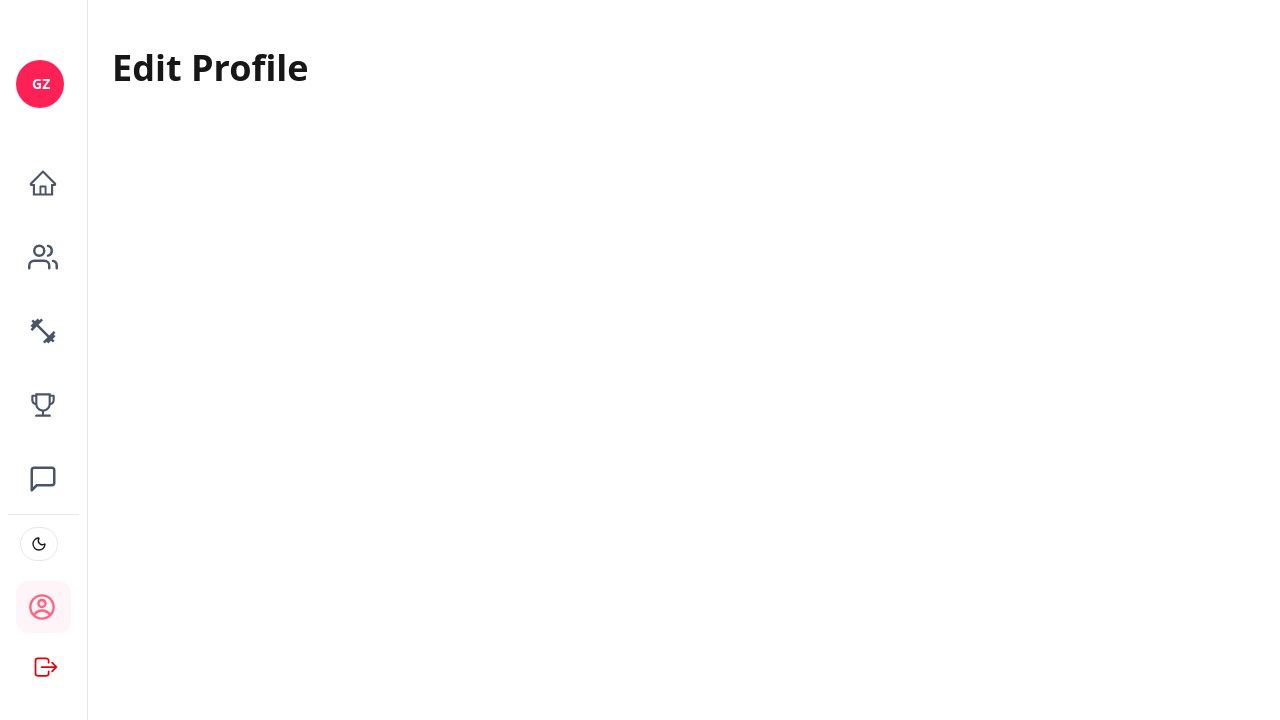
Repository: Brutalxnor/godzilla_fe
Page: /profile/edit
The author's editor kept a copy of each file at every save. The page is drawn from the files as they stood at one save, then again after the next save.
The browser window is 1280 px wide. The pictures show the whole page.
The page's requests for data from a server got no answer. The project was rebuilt for these pictures with package versions that can differ from the ones it lists, and the page was loaded fresh each time. The framework's server and built-in components were replaced by stand-ins that run in the browser. No one was signed in, and anything a server would have sent is missing. Also part of the build but not shown: next.config.ts.

Above is the page before, as saved 2025-11-13 13:21:18.

After the next save:
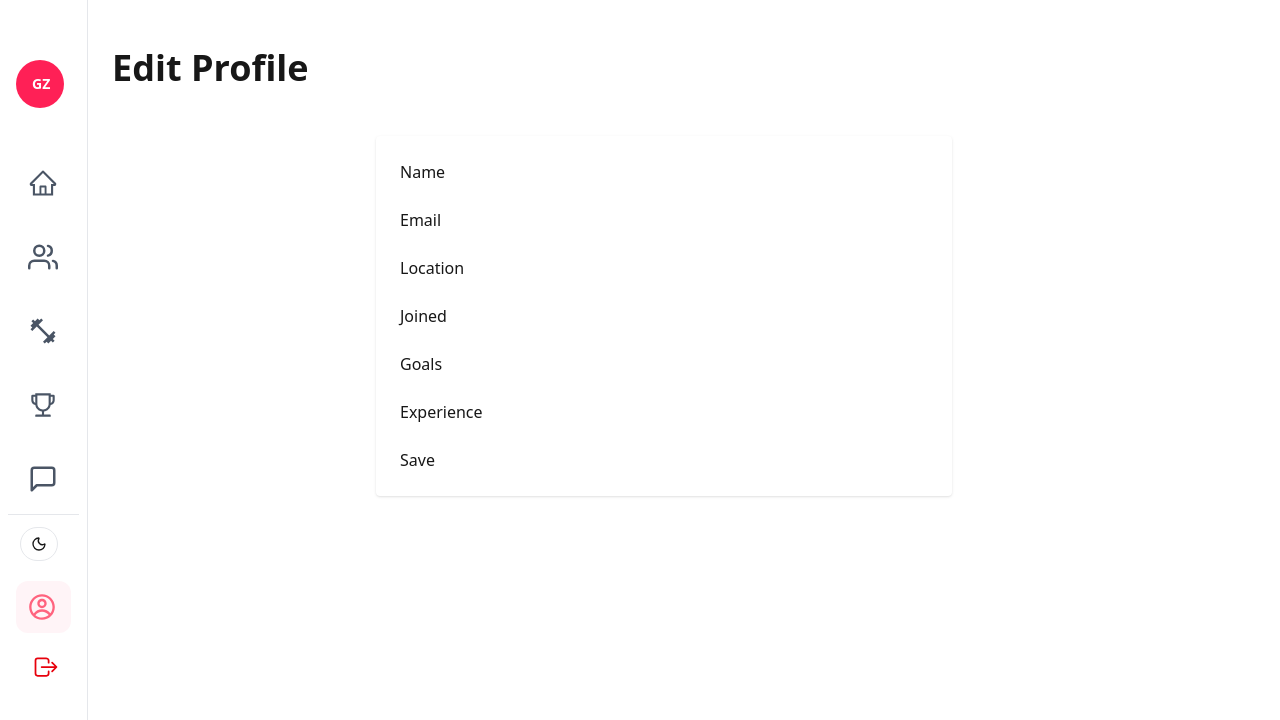
Saved 4 min 12 s later.
--- a/app/profile/edit/page.tsx
+++ b/app/profile/edit/page.tsx
@@ -4,6 +4,7 @@ import useGetUser from "@/app/Hooks/useGetUser";
 import { GetUserById } from "@/app/services/Auth.service";
 import { User } from "@/app/types/admin";
 import React, { Suspense, useEffect, useMemo, useState } from "react";
+import { useForm } from "react-hook-form";
 
 const Page = () => {
   const [user, setUser] = useState<User | null>(null);
@@ -17,16 +18,31 @@ const Page = () => {
     []
   );
 
+  // Form setup
+  const { register, handleSubmit, reset } = useForm();
+
   useEffect(() => {
     const fetchUser = async () => {
       const data = await GetUserById(userDB?.data.user_id as string);
       setUser(data);
+      if (data?.data) {
+        reset({
+          name: data.data.name,
+          email: data.data.email,
+          location: data.data.location,
+          joined: data.data.joined,
+          goals: data.data.goals,
+          experience: data.data.experience,
+        });
+      }
     };
+    fetchUser();
+  }, [userDB?.data.user_id, reset]);
 
-    fetchUser();
-  }, [userDB?.data.user_id]);
-
-  console.log(user, "jksahdkask");
+  // Form submit example (لا تغير)
+  const onSubmit = (formData) => {
+    console.log(formData);
+  };
 
   return (
     <div className="min-h-screen">
@@ -44,6 +60,51 @@ const Page = () => {
                 Edit Profile
               </h1>
             </header>
+            <form
+              onSubmit={handleSubmit(onSubmit)}
+              className="space-y-6 mt-8 p-6 shadow rounded bg-white max-w-xl mx-auto"
+            >
+              <div>
+                <label>Name</label>
+                <input type="text" {...register("name")} className="input" />
+              </div>
+              <div>
+                <label>Email</label>
+                <input type="email" {...register("email")} className="input" />
+              </div>
+              <div>
+                <label>Location</label>
+                <input
+                  type="text"
+                  {...register("location")}
+                  className="input"
+                />
+              </div>
+              <div>
+                <label>Joined</label>
+                <input
+                  type="text"
+                  {...register("joined")}
+                  className="input"
+                  disabled
+                />
+              </div>
+              <div>
+                <label>Goals</label>
+                <input type="text" {...register("goals")} className="input" />
+              </div>
+              <div>
+                <label>Experience</label>
+                <input
+                  type="text"
+                  {...register("experience")}
+                  className="input"
+                />
+              </div>
+              <button type="submit" className="button">
+                Save
+              </button>
+            </form>
           </div>
         </div>
       </main>
